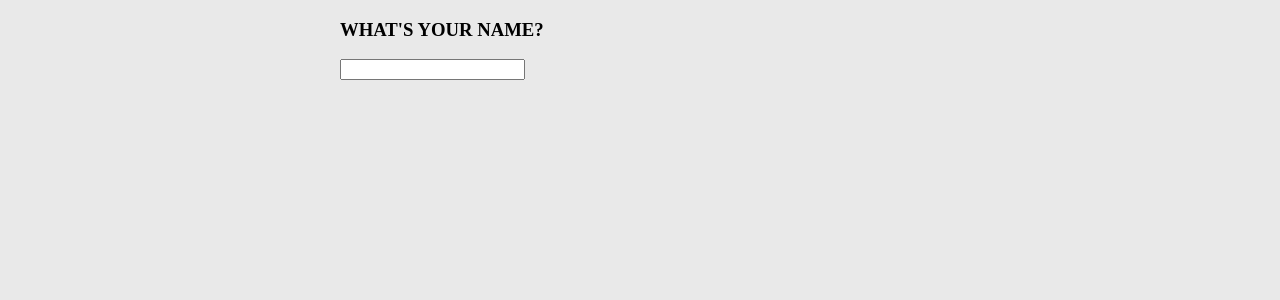
Repository: haimy125/demo_chat
Page: http://localhost/
The author's editor kept a copy of each file at every save. The page is drawn from the files as they stood at one save, then again after the next save.
The browser window is 1280 px wide. The pictures show the whole page.
The page is served by the project's Node server (DEMO_CHAT_SOCKETIO/SERVER.js).

Above is the page before, as saved 2021-08-29 15:23:31.

After the next save:
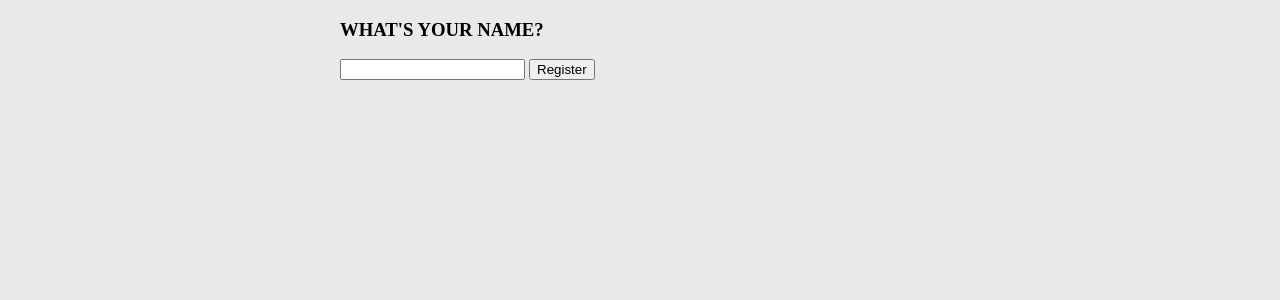
Saved 19 s later.
--- a/DEMO_CHAT_SOCKETIO/views/trangchu.ejs
+++ b/DEMO_CHAT_SOCKETIO/views/trangchu.ejs
@@ -18,6 +18,7 @@
         <div id="loginForm">
             <h3>WHAT'S YOUR NAME?</h3>
             <input type="text" id="txtUsername">
+            <input type="button" value="Register" id="btnRegister">
         </div>
         <div id="chatForm"></div>
     </div>
